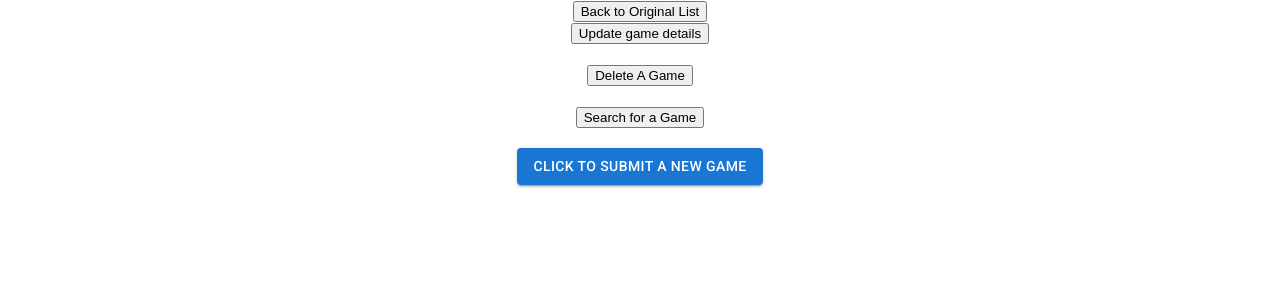
Repository: The-Software-Guild/assessment-2-react-nj10deadend
Page: / (app in Part-2/React-section/frontend/)
An editor plug-in stored every save of this project. The page is shown before and after the next save, followed by the edit.
The browser window is 1280 px wide. The pictures show the whole page.
The page's requests for data from a server got no answer. The project was rebuilt for these pictures with package versions that can differ from the ones it lists, and the page was loaded fresh each time. No one was signed in, and anything a server would have sent is missing. Also part of the build but not shown: Part-2/React-section/frontend/src/components/GameCards.js.

Above is the page before, as saved 2021-12-19 16:18:04.

### Part-2/React-section/frontend/public/index.html
<!DOCTYPE html>
<html lang="en">
  <head>
    <meta charset="utf-8" />
    <link rel="icon" href="%PUBLIC_URL%/favicon.ico" />
    <meta name="viewport" content="width=device-width, initial-scale=1" />
    <meta name="theme-color" content="#000000" />
    <meta name="viewport" content="initial-scale=1, width=device-width" />
    <meta
      name="description"
      content="Web site created using create-react-app"
    />
    <link rel="apple-touch-icon" href="%PUBLIC_URL%/logo192.png" />
    <!--
      manifest.json provides metadata used when your web app is installed on a
      user's mobile device or desktop. See https://developers.google.com/web/fundamentals/web-app-manifest/
    -->
    <link rel="manifest" href="%PUBLIC_URL%/manifest.json" />
    <!--
      Notice the use of %PUBLIC_URL% in the tags above.
      It will be replaced with the URL of the `public` folder during the build.
      Only files inside the `public` folder can be referenced from the HTML.

      Unlike "/favicon.ico" or "favicon.ico", "%PUBLIC_URL%/favicon.ico" will
      work correctly both with client-side routing and a non-root public URL.
      Learn how to configure a non-root public URL by running `npm run build`.
    -->
    <link
      rel="stylesheet"
      href="https://fonts.googleapis.com/css?family=Roboto:300,400,500,700&display=swap"
    />
    <link
      rel="stylesheet"
      href="https://fonts.googleapis.com/icon?family=Material+Icons"
    />
    <title>React App</title>
  </head>
  <body>
    <noscript>You need to enable JavaScript to run this app.</noscript>
    <div id="root"></div>
    <!--
      This HTML file is a template.
      If you open it directly in the browser, you will see an empty page.

      You can add webfonts, meta tags, or analytics to this file.
      The build step will place the bundled scripts into the <body> tag.

      To begin the development, run `npm start` or `yarn start`.
      To create a production bundle, use `npm run build` or `yarn build`.
    -->
  </body>
</html>

### Part-2/React-section/frontend/src/index.css
body {
  margin: 0;
  font-family: -apple-system, BlinkMacSystemFont, 'Segoe UI', 'Roboto', 'Oxygen',
    'Ubuntu', 'Cantarell', 'Fira Sans', 'Droid Sans', 'Helvetica Neue',
    sans-serif;
  -webkit-font-smoothing: antialiased;
  -moz-osx-font-smoothing: grayscale;
}

code {
  font-family: source-code-pro, Menlo, Monaco, Consolas, 'Courier New',
    monospace;
}

.imgs {
  height: 250px;
  width: 250px;
}

### Part-2/React-section/frontend/src/App.js
import './App.css';
import Home from './components/Home';
import AddGameForm from './components/AddGameForm';
import GameSearch from './components/GameSearch';
import UpdateGame from './components/UpdateGame';
import DeleteGame from './components/DeleteGame';
import axios from 'axios';
import {useState, useEffect} from 'react';
import Container from '@mui/material/Container';

// import {Container} from '@mui/material';
// import Button from '@mui/material/Button';
// import Typography from '@mui/material/Typography';

function App() {

  const [gameData, setGameData] = useState([]);

  function getFetchGameServer () {
    axios.get(`http://localhost:8080/allGames`)
      .then(res => {
        setGameData(res.data)
      })

  }

  useEffect(getFetchGameServer, []);

  return (
    // <div className="App">
    <Container className="App">

      <button onClick={getFetchGameServer}>Back to Original List</button>
      <UpdateGame getFetchGameServer={getFetchGameServer}/>
      <br></br>
      <DeleteGame getFetchGameServer={getFetchGameServer} />
      <br></br>
      <GameSearch setGameData={setGameData}/>
      <br></br>
      <AddGameForm setGameData={setGameData}/>


      <Home gameData={gameData}/>

    </Container>

  );
}

export default App;

### Part-2/React-section/frontend/src/components/Home.js
import GameCards from "./GameCards";


function Home ({gameData}) {

    const renderGameData = gameData.map(eachGame => {
        // console.log(eachGame._id);
        return (
            <GameCards key={eachGame._id} eachGame={eachGame} />
        )
    })
    return (
        <div>
            {renderGameData}

        </div>
    )
}

export default Home;

### Part-2/React-section/frontend/src/components/AddGameForm.js
import {useState, useEffect} from 'react';
import axios from 'axios';
import Button from '@mui/material/Button';

function AddGameForm ({setGameData}) {

    const [clicked, setClicked] = useState(false);
    const [submitted, setSubmitted] = useState(false);
    const [name, setName] = useState("");
    const [img, setImg] = useState("");
    const [crossPlatform, setCrossPlatform] = useState(false);
    const [price, setPrice] = useState(0);
    const [genres, setGenres] = useState(["", "", ""]);
    const buttonText = clicked ? "Hide Submission Form" : "Click to Submit a New Game"

    function postRequest() {
        return axios.post('http://localhost:8080/allGames', {
            name: name,
            img: img,
            cross_platform: crossPlatform,
            price: price,
            genres: genres
        })
        .then(function (response) {
            console.log(response);
            return response.data;
        })
        .catch(function (error) {
            console.log(error);
            return null;
        });
    }

    async function onSubmit(event) {
        event.preventDefault();
        setName("");
        setImg("");
        setCrossPlatform("");
        setPrice("");
        setGenres(["", "", ""]);
        const newGame = await postRequest();
        console.log(newGame);
        setGameData((oldInfo)=> {
            console.log(oldInfo)
            return [...oldInfo, newGame]
        })
    }

    return (
        <div>
            <Button variant="contained" onClick={() => {setClicked(!clicked)}}>{buttonText}</Button>
            {clicked && (
                <form onSubmit={onSubmit}>
                    <div>
                        <label for="name">Name</label>
                        <br></br>
                        <input type="text" name="name" placeholder="Enter name" id="name"
                        value={name} onChange={(event) => {setName(event.target.value)}}/>
                    </div>
                    <div>
                        <label for="img">Image Url</label>
                        <br></br>
                        <input type="text" name="img" placeholder="Enter image URL" id="img"
                        value={img} onChange={(event) => {setImg(event.target.value)}}/>
                    </div>
                    <div>
                        <label for="cross platform">Cross Platform</label>
                        <br></br>
                        <input type="text" name="cross platform" placeholder="Enter true or false" id="cross_platform"
                        value={crossPlatform} onChange={(event) => {setCrossPlatform(event.target.value)}}/>
                    </div>
                    <div>
                        <label for="price">Price</label>
                        <br></br>
                        <input type="text" name="price" placeholder="Enter price of game" id="price"
                        value={price} onChange={(event) => {setPrice(event.target.value)}} />
                    </div>
                    <div>
                        <label for="genres">Genres</label>
                        <br></br>
                        <input type="text" name="genre1" placeholder="Enter first genre category" id="genre1"
                        value={genres[0]} onChange={(event) => {setGenres([event.target.value, genres[1], genres[2]])}}/>
                        <br></br>
                        <input type="text" name="genre2" placeholder="Enter second genre category" id="genre2"
                        value={genres[1]} onChange={(event) => {setGenres([genres[0], event.target.value, genres[2] ])}}/>
                        <br></br>
                        <input type="text" name="genre3" placeholder="Enter third genre category" id="genre3"
                        value={genres[2]} onChange={(event) => {setGenres([genres[0], genres[1], event.target.value])}}/>
                    </div>
                    <Button variant="contained" type="submit">Submit new Game</Button>

                </form>
            )}


        </div>
    )
}

export default AddGameForm;

### Part-2/React-section/frontend/src/components/GameSearch.js
import {useState} from 'react';
import axios from 'axios';

function GameSearch ({setGameData}) {

    const [searchId, setSearchId] = useState("");
    const [clicked, setClicked] = useState(false);

    const searchGameText = clicked ? "Hide Search Form" : "Search for a Game"

    function getFetchOneGame () {
        axios.get(`http://localhost:8080/allGames/${searchId}`)
          .then(res => {
            setGameData([res.data])
        })

    }

    function onSearch(event) {
        event.preventDefault()
        setSearchId("");
        getFetchOneGame();
    }

    return (
        <div>
            <button onClick={() => {setClicked(!clicked)}}>{searchGameText}</button>
            {clicked && (
                <form onSubmit={onSearch}>
                    <input type="text" placeholder="Search for game by id..."
                    onChange={(event) => {setSearchId(event.target.value)}}
                    value = {searchId}
                    />
                    <input type="submit" value="Submit" />
                </form>
            )}
        </div>
    )
}

export default GameSearch;

### Part-2/React-section/frontend/src/components/UpdateGame.js
import {useState} from 'react';
import axios from 'axios';

function UpdateGame ({getFetchGameServer}) {
    const [name, setName] = useState("");
    const [img, setImg] = useState("");
    const [crossPlatform, setCrossPlatform] = useState("");
    const [price, setPrice] = useState("");
    const [genres, setGenres] = useState(["", "", ""]);

    const [clicked, setClicked] = useState(false);
    const [searchId, setSearchId] = useState("");

    const updateButtonText = clicked ? "Hide Update Form" : "Update game details"

    async function patchRequest () {
        await axios.patch(`http://localhost:8080/allGames/update/${searchId}`,  {
            name: name,
            img: img,
            cross_platform: crossPlatform,
            price: price,
            genres: genres
        })
    }

    async function updateChanges (event) {
        event.preventDefault();
        await patchRequest();
        getFetchGameServer();
        setSearchId("");
        setName("");
        setImg("");
        setCrossPlatform("");
        setPrice("");
    }
    return (
        <div>
            <button onClick={() => {setClicked(!clicked)}}>{updateButtonText}</button>
                {clicked && (
                    <div>
                        <form onSubmit={updateChanges}>
                            <div>
                                <h2>Enter Game ID</h2>
                                <label for="game-id">Game ID</label>
                                <br></br>
                                <input name="game-id" type="text" placeholder="Enter Game ID"
                                onChange={(event) => {setSearchId(event.target.value)}}
                                value = {searchId}
                                />
                            </div>
                            <div>
                                <label for="name">Name</label>
                                <br></br>
                                <input type="text" name="name" placeholder="Enter name" id="name"
                                value={name} onChange={(event) => {setName(event.target.value)}}/>
                            </div>
                            <div>
                                <label for="img">Image Url</label>
                                <br></br>
                                <input type="text" name="img" placeholder="Enter image URL" id="img"
                                value={img} onChange={(event) => {setImg(event.target.value)}}/>
                            </div>
                            <div>
                                <label for="cross platform">Cross Platform</label>
                                <br></br>
                                <input type="text" name="cross platform" placeholder="Enter true or false" id="cross_platform"
                                value={crossPlatform} onChange={(event) => {setCrossPlatform(event.target.value)}}/>
                            </div>
                            <div>
                                <label for="price">Price</label>
                                <br></br>
                                <input type="text" name="price" placeholder="Enter price of game" id="price"
                                value={price} onChange={(event) => {setPrice(event.target.value)}} />
                            </div>
                            <div>
                                <label for="genres">Genres</label>
                                <br></br>
                                <input type="text" name="genre1" placeholder="Enter first genre category" id="genre1"
                                value={genres[0]} onChange={(event) => {setGenres([event.target.value, genres[1], genres[2]])}}/>
                                <br></br>
                                <input type="text" name="genre2" placeholder="Enter second genre category" id="genre2"
                                value={genres[1]} onChange={(event) => {setGenres([genres[0], event.target.value, genres[2] ])}}/>
                                <br></br>
                                <input type="text" name="genre3" placeholder="Enter third genre category" id="genre3"
                                value={genres[2]} onChange={(event) => {setGenres([genres[0], genres[1], event.target.value])}}/>
                            </div>
                            <input type="submit" value="Submit Changes"/>

                        </form>
                    </div>
                )}


        </div>
    )
}

export default UpdateGame;

### Part-2/React-section/frontend/src/components/DeleteGame.js
import axios from 'axios';
import {useState} from 'react';
import Button from '@mui/material/Button';
import DeleteIcon from '@mui/icons-material/Delete';

function DeleteGame ({getFetchGameServer}) {

    const [searchId, setSearchId] = useState("");
    const [clicked, setClicked] = useState(false);

    const deleteText = clicked ? "Hide Delete Form" : "Delete A Game"

    async function deleteGame () {
        await axios.delete(`http://localhost:8080/allGames/delete/${searchId}`)
    }

    async function onSubmit (event) {
        event.preventDefault();
        await deleteGame();
        getFetchGameServer();
        setSearchId("");

    }
    return (
        <div>
            <button onClick={() => {setClicked(!clicked)}}>{deleteText}</button>
            {clicked && (
                <form onSubmit={onSubmit}>
                    <div>
                        <input name="game-id" type="text" placeholder="Enter Game ID"
                        onChange={(event) => {setSearchId(event.target.value)}}
                        value = {searchId}
                        />
                    </div>
                    <div>
                        <Button type="submit" variant="outlined" startIcon={<DeleteIcon />}>Delete Game</Button>
                    </div>
                </form>
            )}

        </div>
    )
}
export default DeleteGame;

Loaded but not shown: Part-2/React-section/frontend/src/index.js (common file); Part-2/React-section/frontend/src/reportWebVitals.js (common file); Part-2/React-section/frontend/src/App.css (common file)

After the next save:
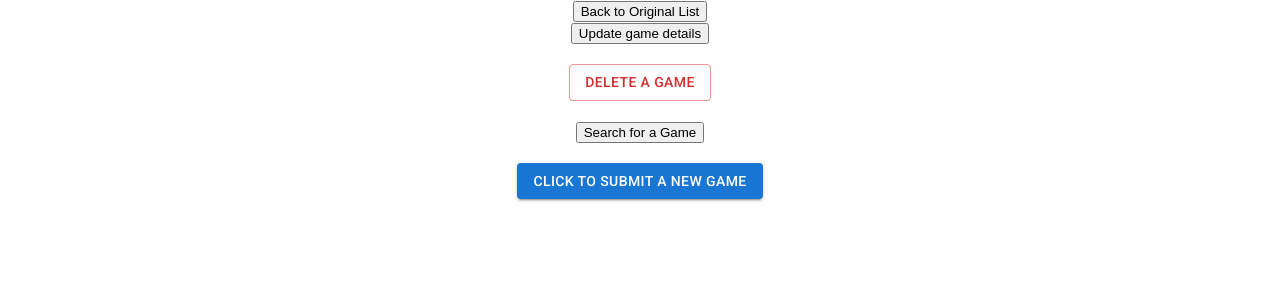
Saved 2 min 45 s later.
--- a/Part-2/React-section/frontend/src/components/DeleteGame.js
+++ b/Part-2/React-section/frontend/src/components/DeleteGame.js
@@ -23,7 +23,7 @@ function DeleteGame ({getFetchGameServer}) {
     }
     return (
         <div>
-            <button onClick={() => {setClicked(!clicked)}}>{deleteText}</button>
+            <Button variant="outlined" color="error" onClick={() => {setClicked(!clicked)}}>{deleteText}</Button>
             {clicked && (
                 <form onSubmit={onSubmit}>
                     <div>
